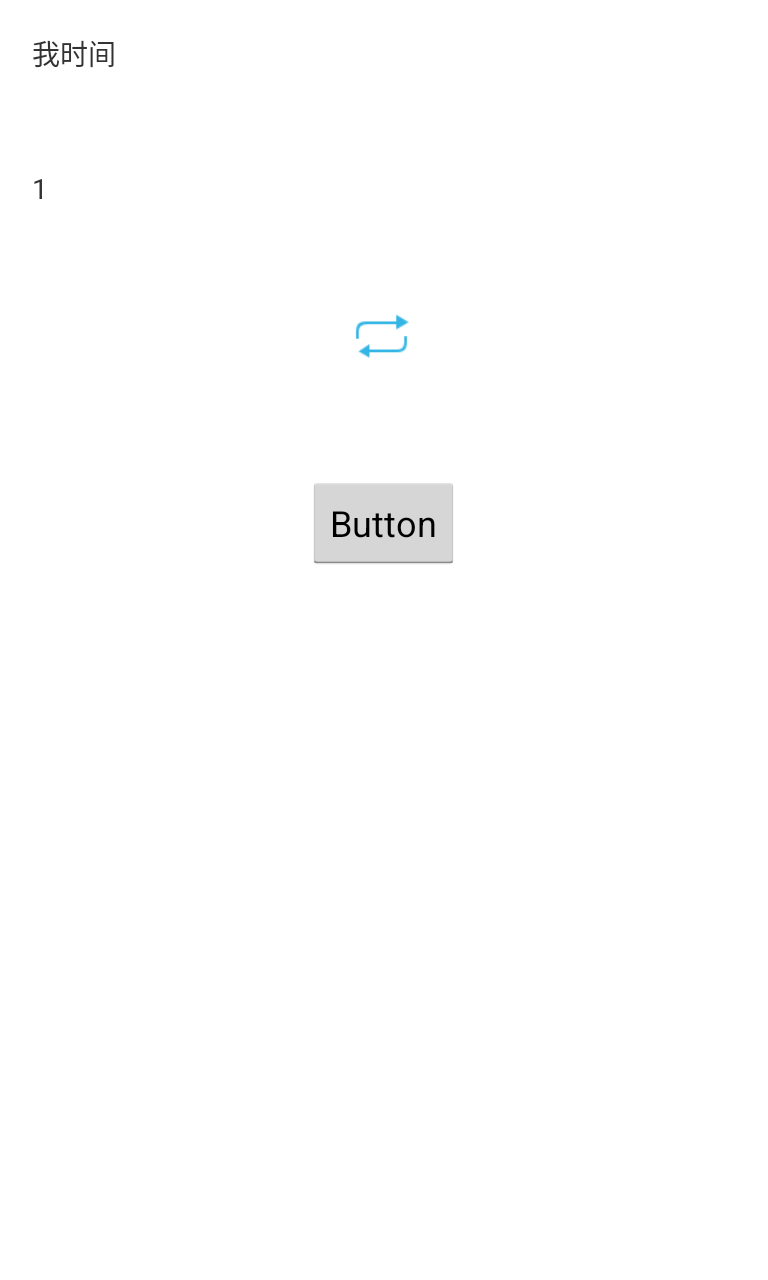
Repository: Tentjx/togit
Layout: workspace/Shared/res/layout/activity_main.xml
An editor plug-in stored every save of this project. The layout is shown before and after the next save, followed by the edit.
It is drawn on a 768 x 1280 px phone screen (xhdpi) without system bars, with theme AppTheme; the app's code is not run.

Above is the layout before, as saved 2015-01-12 07:42:46.

### workspace/Shared/res/layout/activity_main.xml
<RelativeLayout xmlns:android="http://schemas.android.com/apk/res/android"
    xmlns:tools="http://schemas.android.com/tools"
    android:layout_width="match_parent"
    android:layout_height="match_parent"
    android:paddingBottom="@dimen/activity_vertical_margin"
    android:paddingLeft="@dimen/activity_horizontal_margin"
    android:paddingRight="@dimen/activity_horizontal_margin"
    android:paddingTop="@dimen/activity_vertical_margin"
    tools:context=".MainActivity" >

    <Button
        android:id="@+id/button1"
        android:layout_width="wrap_content"
        android:layout_height="wrap_content"
        android:layout_below="@+id/imageView1"
        android:layout_centerHorizontal="true"
        android:layout_marginTop="48dp"
        android:text="Button" />

    <ImageView
        android:id="@+id/imageView1"
        android:layout_width="wrap_content"
        android:layout_height="wrap_content"
        android:layout_alignParentTop="true"
        android:layout_centerHorizontal="true"
        android:layout_marginTop="130dp"
        android:src="@drawable/ic_mp_repeat_all_btn"
        android:tag="循环全部" />

    <TextView
        android:id="@+id/textView1"
        android:layout_width="match_parent"
        android:layout_height="wrap_content"
        android:layout_alignParentTop="true"
        android:text="我时间"
        />

    <TextView
        android:id="@+id/textView2"
        android:layout_width="50dp"
        android:layout_height="50dp"
        android:layout_alignBottom="@+id/imageView1"
        android:layout_alignLeft="@+id/textView1"
        android:layout_marginBottom="55dp"
        android:tag="up"
        android:text="1" />

</RelativeLayout>

Loaded but not shown: workspace/Shared/res/values/styles.xml (common file); workspace/Shared/res/values-v11/styles.xml (common file); workspace/Shared/res/values-v14/styles.xml (common file); workspace/Shared/res/values/dimens.xml (common file)

After the next save:
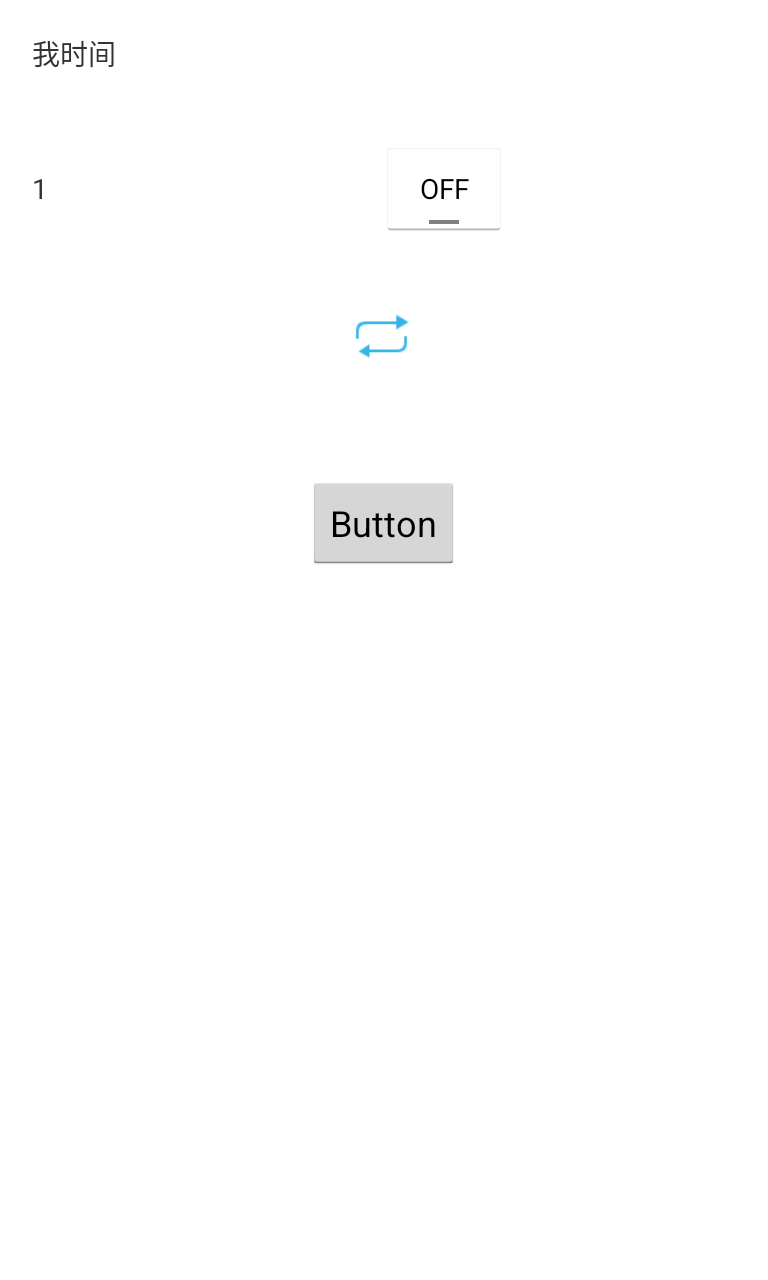
Saved 13 min 4 s later.
--- a/workspace/Shared/res/layout/activity_main.xml
+++ b/workspace/Shared/res/layout/activity_main.xml
@@ -45,4 +45,14 @@
         android:tag="up"
         android:text="1" />
 
+    <ToggleButton
+        android:id="@+id/toggleButton1"
+        android:layout_width="wrap_content"
+        android:layout_height="wrap_content"
+        android:layout_alignBaseline="@+id/textView2"
+        android:layout_alignBottom="@+id/textView2"
+        android:layout_alignLeft="@+id/imageView1"
+        android:layout_marginLeft="20dp"
+        android:text="ToggleButton" />
+
 </RelativeLayout>

After the save that followed:
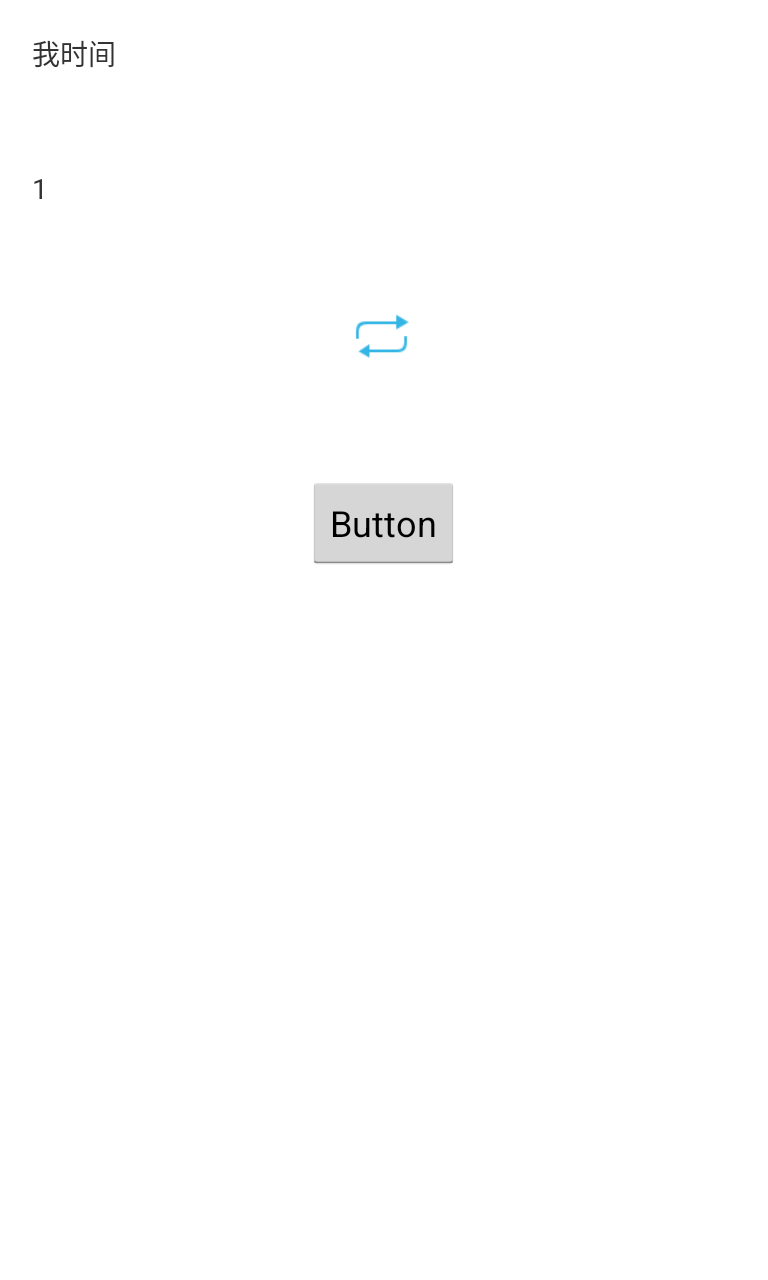
Saved 74 s later.
--- a/workspace/Shared/res/layout/activity_main.xml
+++ b/workspace/Shared/res/layout/activity_main.xml
@@ -45,14 +45,6 @@
         android:tag="up"
         android:text="1" />
 
-    <ToggleButton
-        android:id="@+id/toggleButton1"
-        android:layout_width="wrap_content"
-        android:layout_height="wrap_content"
-        android:layout_alignBaseline="@+id/textView2"
-        android:layout_alignBottom="@+id/textView2"
-        android:layout_alignLeft="@+id/imageView1"
-        android:layout_marginLeft="20dp"
-        android:text="ToggleButton" />
+
 
 </RelativeLayout>
